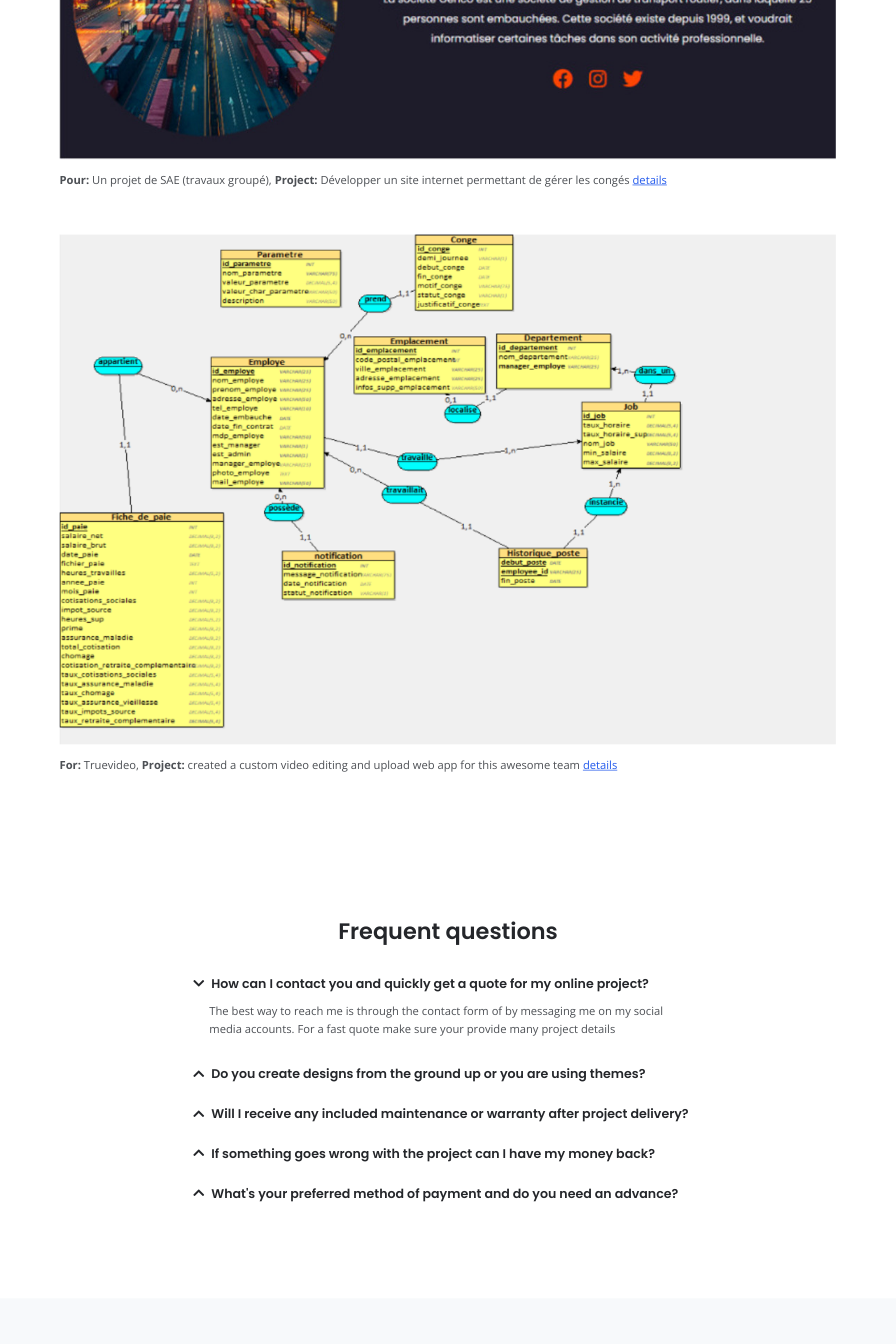
Repository: J2S80000/Portfolio
Page: index.html
These files come from the project's save history. The page is drawn as it stood at one moment and after the next save; the edit follows.
The browser window is 1280 px wide. The pictures show the part of the page from y = 4424 to 6344 px (the page is 7451 px tall before and 7477 px after), at 70% of full size.

Above is the page before, as saved 2025-05-05 17:37:47.

After the next save:
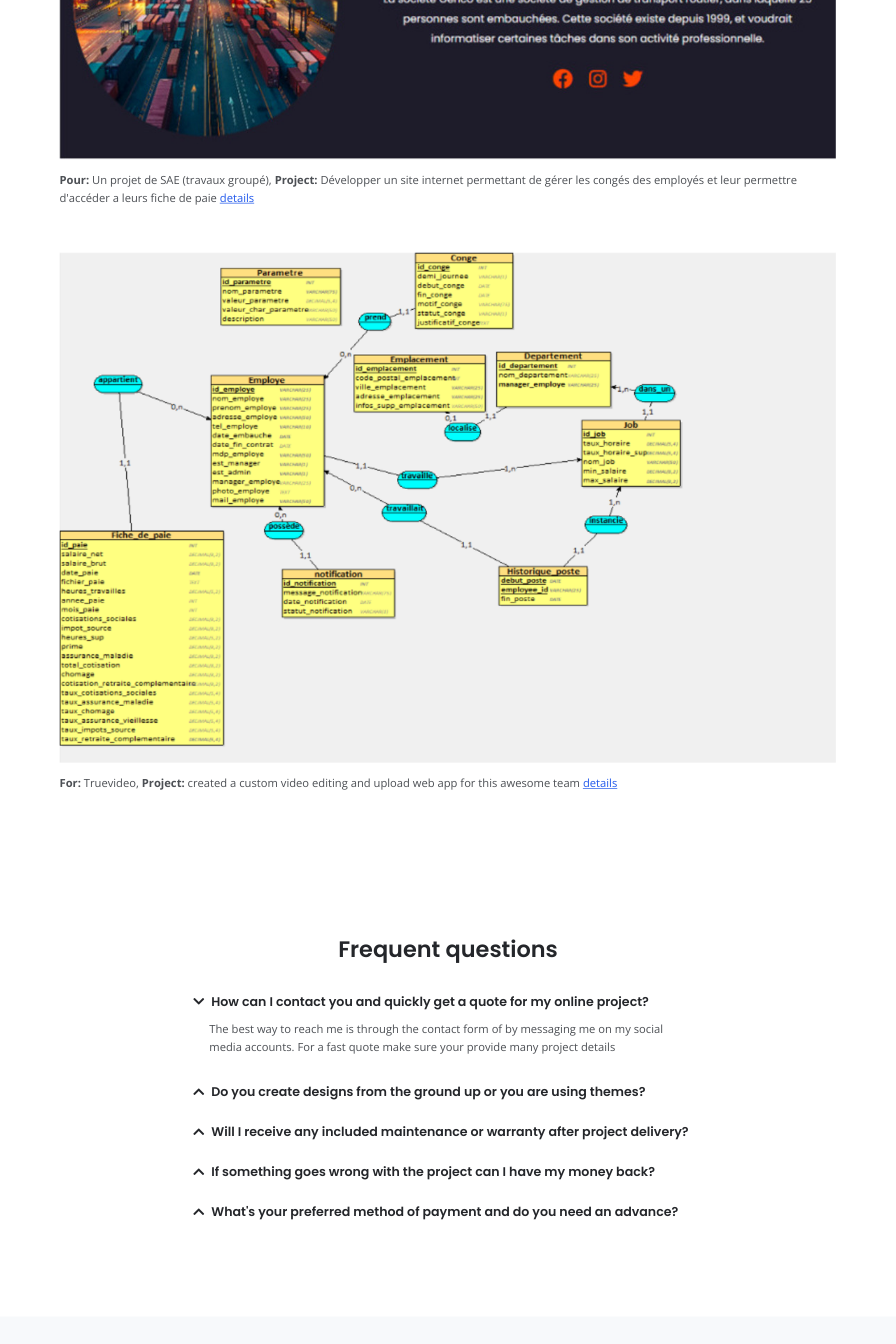
Saved 16 s later.
--- a/index.html
+++ b/index.html
@@ -244,7 +244,7 @@
                                 <img class="img-fluid" src="images/project-2.1.jpg" alt="alternative">
                             </a>
                         </div> <!-- end of image-container -->
-                        <p><strong>Pour:</strong> Un projet de SAE (travaux groupé), <strong>Project:</strong> Développer un site internet permettant de gérer les congés  <a class="blue" href="project.html">details</a></p>
+                        <p><strong>Pour:</strong> Un projet de SAE (travaux groupé), <strong>Project:</strong> Développer un site internet permettant de gérer les congés des employés et leur permettre d'accéder a leurs fiche de paie <a class="blue" href="project.html">details</a></p>
                     </div> <!-- end of text-container -->
                     <div class="text-container">
                         <div class="image-container">
